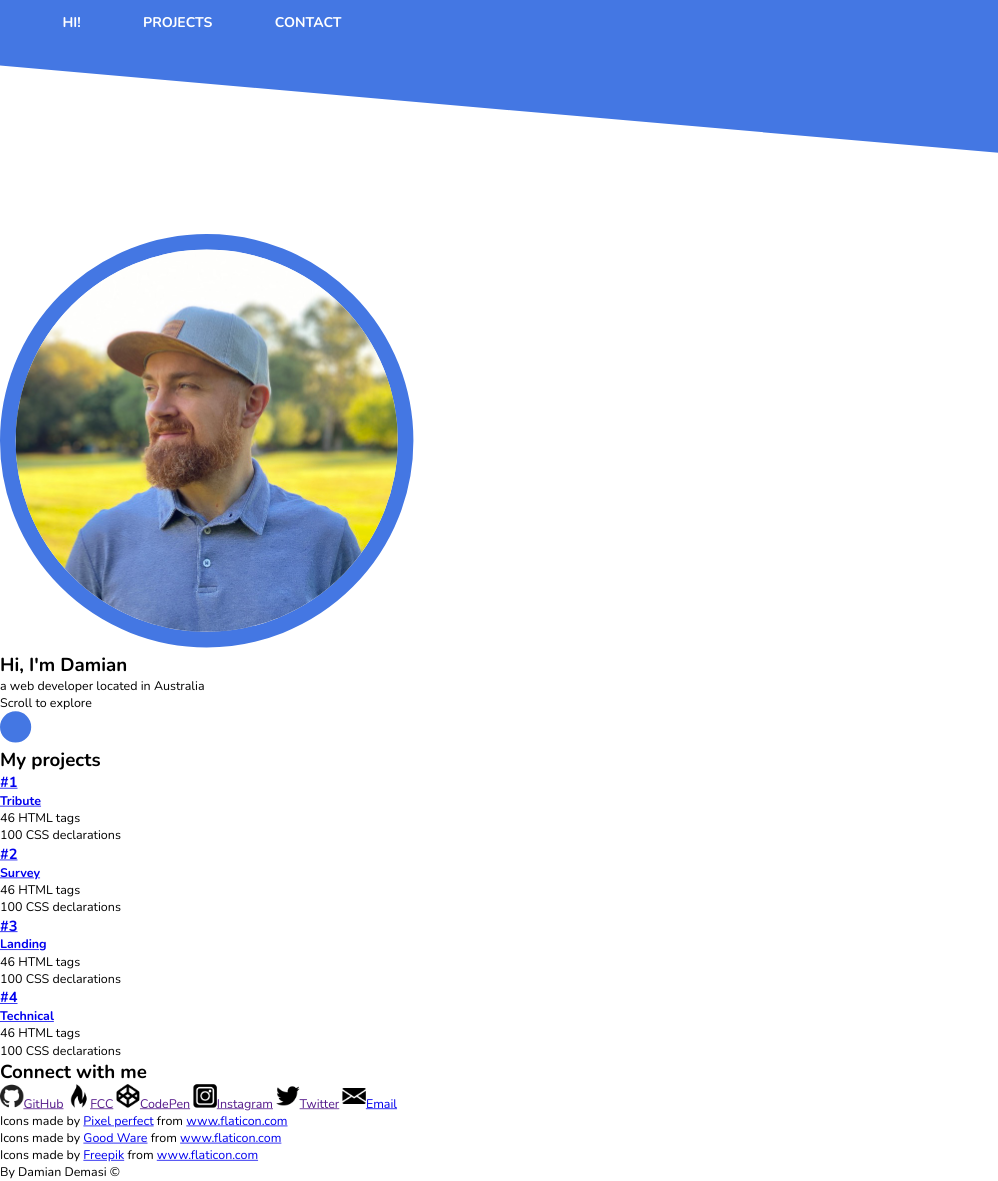
Repository: Colo-Codes/freecodecamp-05-Personal-Portfolio-Webpage
Page: index.html
These files come from the project's save history. The page is drawn as it stood at one moment and after the next save; the edit follows.
The browser window is 1280 px wide. The pictures show the whole page, at 78% of full size.

Above is the page before, as saved 2021-06-03 11:36:04.

### index.html
<!DOCTYPE html>
<html lang="en">
<head>
    <meta charset="UTF-8">
    <meta http-equiv="X-UA-Compatible" content="IE=edge">
    <meta name="viewport" content="width=device-width, initial-scale=1.0">
    <link rel="preconnect" href="https://fonts.gstatic.com">
    <link href="https://fonts.googleapis.com/css2?family=Nunito:wght@300;400;700&display=swap" rel="stylesheet">
    <link rel="stylesheet" href="./css/index.css">
    <title>Personal Portfolio Webpage</title>
</head>
<body>
    <header>
        <navbar id="navbar">
            <ul id="navbar-flex-container">
                <li class="navbar-flex-item">Hi!</li>
                <li class="navbar-flex-item">Projects</li>
                <li class="navbar-flex-item">Contact</li>
            </ul>
        </navbar>
    </header>

    <section id="welcome-section">
        <div id="top-layer">
            <img src="./img/6D5BF231-2A3E-4029-9EFE-9C82AF0D506F_1_105_c.jpeg" alt="Damian's profile picture: he has a hat, beard, and he is looking left while standing on a green field.">
            <h1>Hi, I'm Damian</h1>
            <p>a web developer located in Australia</p>
            <p>Scroll to explore</p>
            <img src="./img/down-arrow.png" alt="Arrow pointing down." height="40px">
        </div>
        <div id="bottom-layer"></div>
    </section>

    <section id="projects">
        <h2>My projects</h2>

        <div class="project-card">
            <div class="project-tile">
                <a href="#project1"><h3>#1</h3><h4>Tribute</h4></a>
            </div>
            <p>46 HTML tags</p>
            <p>100 CSS declarations</p>
        </div>

        <div class="project-card">
            <div class="project-tile">
                <a href="#project1"><h3>#2</h3><h4>Survey</h4></a>
            </div>
            <p>46 HTML tags</p>
            <p>100 CSS declarations</p>
        </div>

        <div class="project-card">
            <div class="project-tile">
                <a href="#project1"><h3>#3</h3><h4>Landing</h4></a>
            </div>
            <p>46 HTML tags</p>
            <p>100 CSS declarations</p>
        </div>

        <div class="project-card">
            <div class="project-tile">
                <a href="#project1"><h3>#4</h3><h4>Technical</h4></a>
            </div>
            <p>46 HTML tags</p>
            <p>100 CSS declarations</p>
        </div>

    </section>

    <section id="contact">
        <h2>Connect with me</h2>
        <a href="" id="profile-link" target="_blank"><img src="./img/github.png" width="30px">GitHub</a>
        <a href="" id="profile-link-fcc" target="_blank"><img src="./img/fire.png" width="30px">FCC</a>
        <a href="" id="profile-link-codepen" target="_blank"><img src="./img/3d-outlined-shape.png" width="30px">CodePen</a>
        <a href="" id="profile-link-instagram" target="_blank"><img src="./img/instagram.png" width="30px">Instagram</a>
        <a href="" id="profile-link-twitter" target="_blank"><img src="./img/twitter.png" width="30px">Twitter</a>
        <a href="mailto:damian.demasi.1@gmail.com" id="profile-link-email" target="_blank"><img src="./img/email.png" width="30px">Email</a>
    </section>

    <footer>
        <div>Icons made by <a href="https://www.flaticon.com/authors/pixel-perfect" title="Pixel perfect">Pixel perfect</a> from <a href="https://www.flaticon.com/" title="Flaticon">www.flaticon.com</a></div>
        <div>Icons made by <a href="https://www.flaticon.com/authors/good-ware" title="Good Ware">Good Ware</a> from <a href="https://www.flaticon.com/" title="Flaticon">www.flaticon.com</a></div>
        <div>Icons made by <a href="https://www.freepik.com" title="Freepik">Freepik</a> from <a href="https://www.flaticon.com/" title="Flaticon">www.flaticon.com</a></div>
        <p>By Damian Demasi &copy;</p>
    </footer>
</body>
</html>

### css/index.css
/* @media */

/* The height of the welcome section should be equal to the height of the viewport. */

/* The navbar should always be at the top of the viewport. */

/* Border-box and font-size */
html {
    box-sizing: border-box;
    font-size: 16px;
}
body {
    font-family: 'Nunito', sans-serif;
}

/* Reset margins and set global values */

*, *::before, *::after {
    box-sizing: inherit;
    margin: 0;
    padding: 0;
}

/* Navbar */

#navbar {
    display: block;
    background-color: #4477E3;
    /* 1rem = 16px -> 18.75rem = 300px */
    height: 18.75rem;
    width: 100%;
    transform: skewY(5deg) translateY(-10rem);
}
#navbar-flex-container {
    display: flex;
    /* align-items: center; */
    /* justify-content: space-around; */
    height: 100%;
    transform: skewY(-5deg) translateY(5rem);

}
.navbar-flex-item {
    list-style: none;
    margin: 6rem 0 0 5rem;
    font-style: normal;
    font-weight: bold;
    font-size: 1.125rem;
    text-transform: uppercase;
    color: white;
}

/* Hero */

#welcome-section {

}
#top-layer img::before {

    box-shadow: inset 0px 0px 25px 25px rgba(0, 0, 0, 0.5);
}

#top-layer img {
    border-radius: 50%;
    max-width: 33.125rem;
    border: 20px solid #4477E3;
}

After the next save:
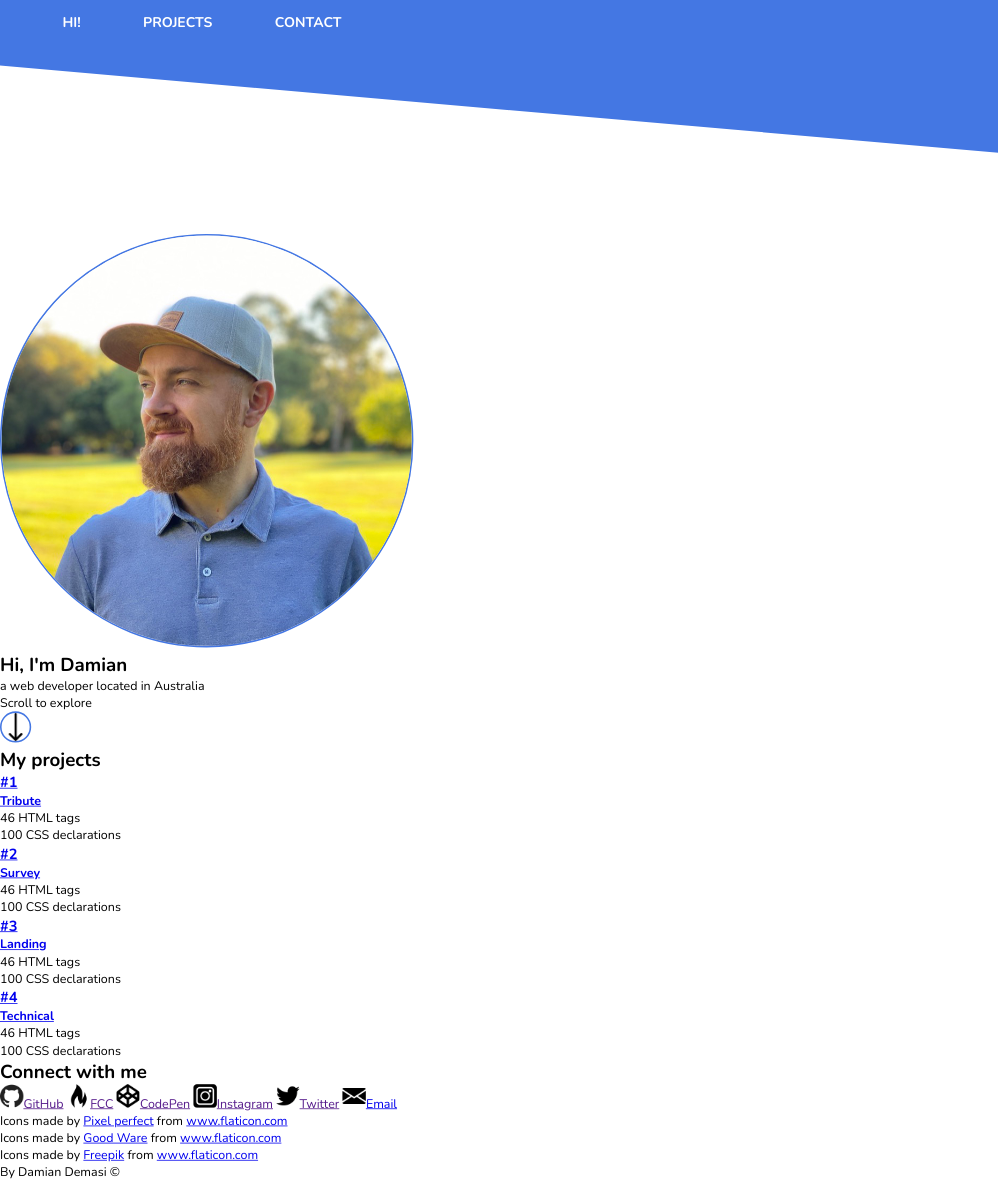
Saved 10 s later.
--- a/css/index.css
+++ b/css/index.css
@@ -62,5 +62,5 @@ body {
 #top-layer img {
     border-radius: 50%;
     max-width: 33.125rem;
-    border: 20px solid #4477E3;
+    border: 2px solid #4477E3;
 }
